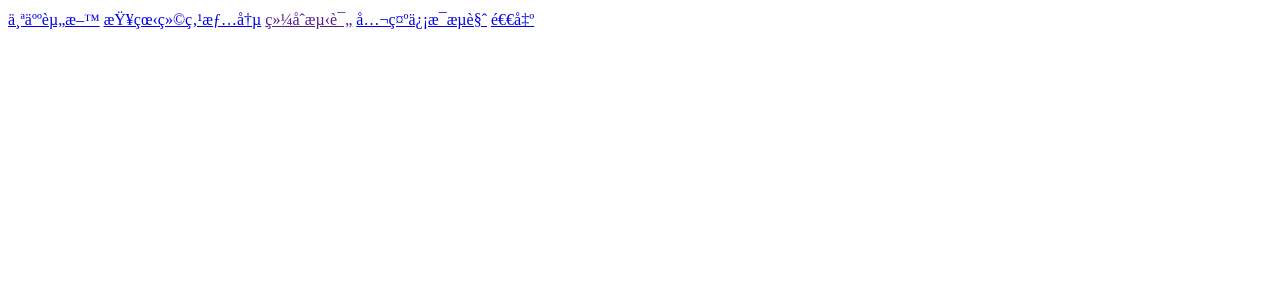
Repository: wyubb/Java
Page: http://localhost/Chapter3/gpa.jsp
The author's editor kept a copy of each file at every save. The page is drawn from the files as they stood at one save, then again after the next save.
The browser window is 1280 px wide. The pictures show the whole page.
The page is served by Tomcat 9.

Above is the page before, as saved 2019-04-08 05:44:47.

After the next save:
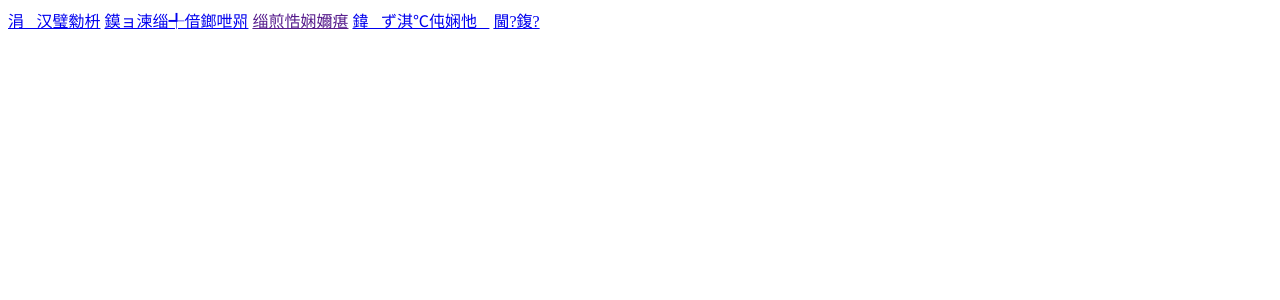
Saved 33 s later.
--- a/Chapter3/WebContent/gpa.jsp
+++ b/Chapter3/WebContent/gpa.jsp
@@ -1,5 +1,5 @@
-<%@ page language="java" contentType="text/html; charset=ISO-8859-1"
-    pageEncoding="ISO-8859-1"%>
+<%@ page language="java" contentType="text/html; charset=gbk"%>
+<%@page import="java.util.*,domain.*,service.imp.*,dao.imp.*"%>
 <!DOCTYPE html PUBLIC "-//W3C//DTD HTML 4.01 Transitional//EN" "http://www.w3.org/TR/html4/loose.dtd">
 <html>
 <head>
